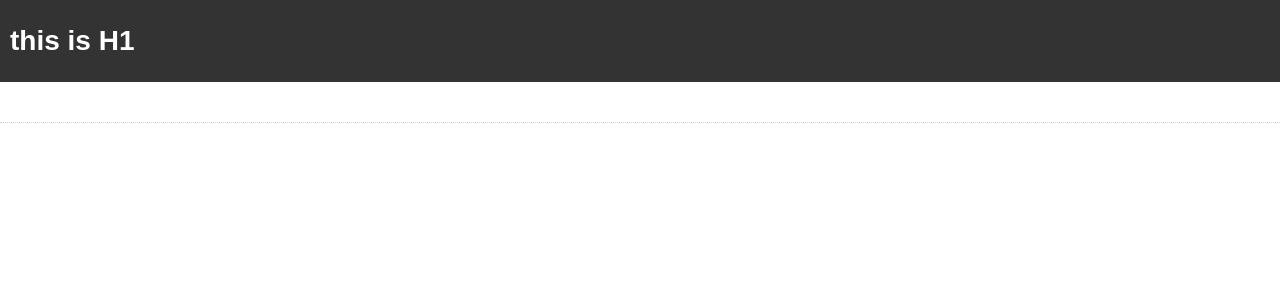
Repository: simonbcky/101
Page: http://localhost/j
The author's editor kept a record of every edit. The page is drawn from the files as they stood at one moment, then again after the next edit.
The browser window is 1280 px wide. The pictures show the whole page.
The page is served by the project's Node server (Jadestuff/index.js).

Above is the page before.

### Jadestuff/views/index.jade
extend layout
//defining content
block content
    h1 #{title}
    p.
        Lorem ipsum etc... Lorem ipsum etc... Lorem ipsum etc... Lorem ipsum etc... Lorem ipsum etc... Lorem ipsum etc... Lorem ipsum etc... Lorem ipsum etc... Lorem ipsum etc... Lorem ipsum etc... Lorem ipsum etc... Lorem ipsum etc...
        Lorem ipsum etc... Lorem ipsum etc... Lorem ipsum etc... Lorem ipsum etc...
    p.
        other ipsum. other ipsum. other ipsum. other ipsum. other ipsum. other ipsum. other ipsum. other ipsum. other ipsum. other ipsum. other ipsum. other ipsum. other ipsum. other ipsum. other ipsum.
        other ipsum. other ipsum. other ipsum. other ipsum. other ipsum. other ipsum. other ipsum. other ipsum. other ipsum.
block sidebar
    .block
        h1 Right sidebar
        p.
            blab blab blab blab blab blab blab blab blab blab blab blab blab blab
        br
        .readmore
            a(href="http://infoframe.hu") oh yeah

### Jadestuff/views/layout.jade
doctype html
html
    head
        title #{title} - Node.js with jade
        link(rel='stylesheet', href='/css/styles.css')
    body
        header
            .container
            h1 this is H1
        .container
            .main-content
            //content will come here when extended
                block content
            .sidebar
            //sidebar will come here
                block sidebar
        footer
            .container

### Jadestuff/index.js
var express = require("express")
var jade = require("jade")

var portNo = process.env.PORT

var app = express()

console.log("express inited")

app.set('views',__dirname + "/views")
app.set("view engine", "jade")

console.log("jade inited")

//css, img etc coming from:
var path= __dirname+"/../client"
console.log(path)

app.use(express.static(path))

app.get("/d",function(req,res){    res.render("default")
})

app.get("/j",function(req,res){    res.render("index", {title:"Jadeism"})
})



app.listen(portNo, function() {console.log("index.js listening")})

### client/css/styles.css
/* clear everything out */
*{
    margin:0;
    padding:0;
}

body{
    line-height:1.5;
    font-family:Arial;
    font-size:14px;
    color:#000;
    background:#fff;
}

ul,li{
    list-style:none;
}

.container{
    width:80%;
    margin:auto;
    overflow:hidden;

}

header{
    padding:20px 10px;
    color:#fff;
    background:#333;
    margin-bottom:20px;

}

header h1{

    color:#fff;

}
.main-content p{
    margin-bottom:20px;

}

.sidebar{
    float:right;
    width:27%;

}

.sidebar .block{
    border-radius:5px;
    border:1px solid #ccc;
    padding:0 10px 10px 10px;
    background:##f4f4f4;
    overflow:hidden;

}

.sidebar .block h1{
    margin:13px 10px 4px;
    padding-bottom:10px;
    border-bottom:1px dotted #ddd;

}

.readmore{
    float:right;

}

.readmore a{
    #666;

}

footer{
    border-top:1px dotted #ccc;
    padding-top:5px;
    text-align:center;
    margin-top:20px;

}


/*when browser is under 568px the following applies: */
@media(max-width:568px){
    header{
        text-align:center;
    }

    .main-content{
        float:none;
        width:100%;
        clear:both;
        text-align:center;
    }

    .sidebar{
        float:none;
        width:100%;
        clear:both;
        text-align:center;
    }

    .sidebar .block{
        margin:0;

    }
}

After the next edit:
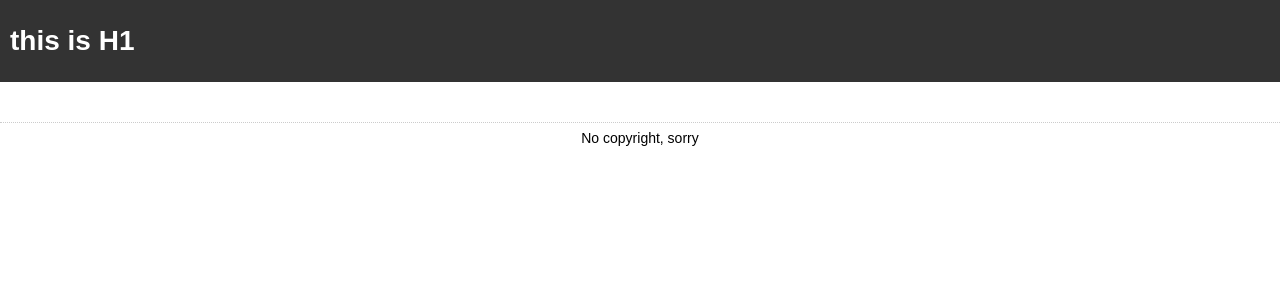
The edit:
--- a/Jadestuff/views/layout.jade
+++ b/Jadestuff/views/layout.jade
@@ -16,3 +16,4 @@
                 block sidebar
         footer
             .container
+            p No copyright, sorry
